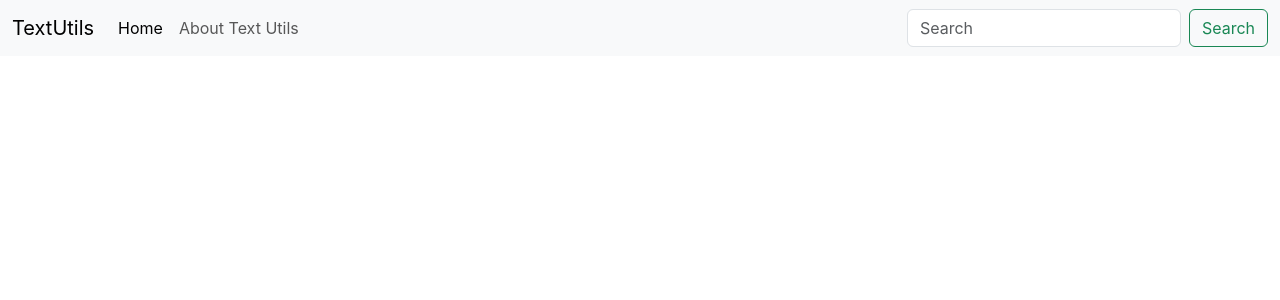
Repository: SujanNagaju/react-demo
Page: /
These files come from the project's save history. The page is drawn as it stood at one moment and after the next save; the edit follows.
The browser window is 1280 px wide. The pictures show the whole page.
The project was rebuilt for these pictures with package versions that can differ from the ones it lists, and the page was loaded fresh each time. Also part of the build but not shown: src/App.css.

Above is the page before, as saved 2024-12-28 23:50:39.

After the next save:
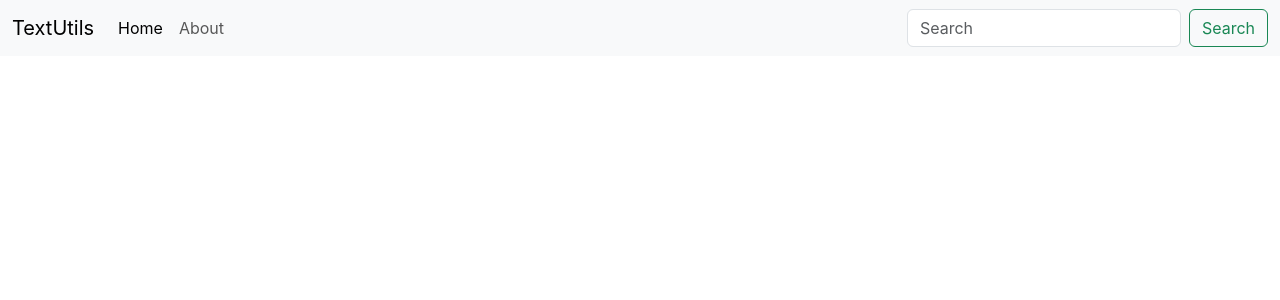
Saved 6 s later.
--- a/src/components/Navbar.js
+++ b/src/components/Navbar.js
@@ -2,7 +2,7 @@
 import PropTypes from 'prop-types';
 
 
-export default function Navbar({title="TextUtils", aboutText="About Text Utils"}) {
+export default function Navbar({title="TextUtils", aboutText="About"}) {
     // console.log(props);
   return (
     <nav className="navbar navbar-expand-lg bg-body-tertiary">
